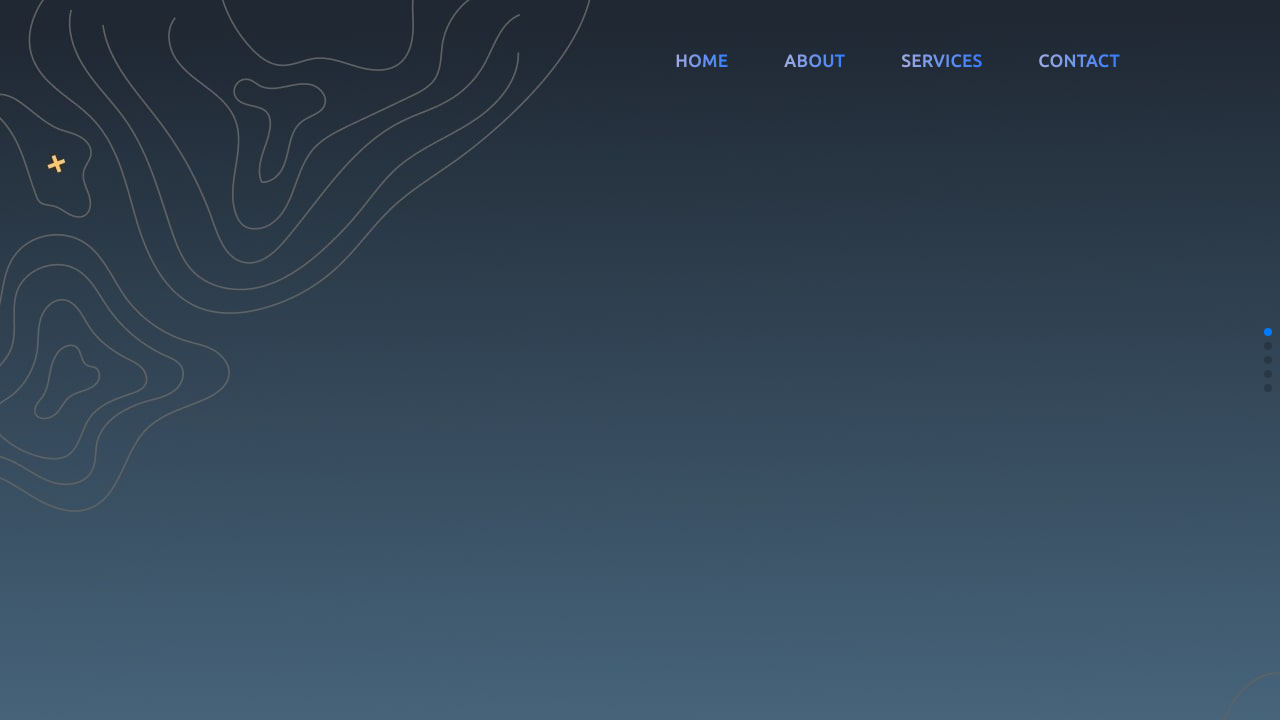
Repository: jiahow99/Add-Commerce
Page: index.html
An editor plug-in stored every save of this project. The page is shown before and after the next save, followed by the edit.
The browser window is 1280 px wide. The pictures show the whole page.
Some web libraries are served in a nearby version.

Above is the page before, as saved 2023-06-06 17:14:39.

After the next save:
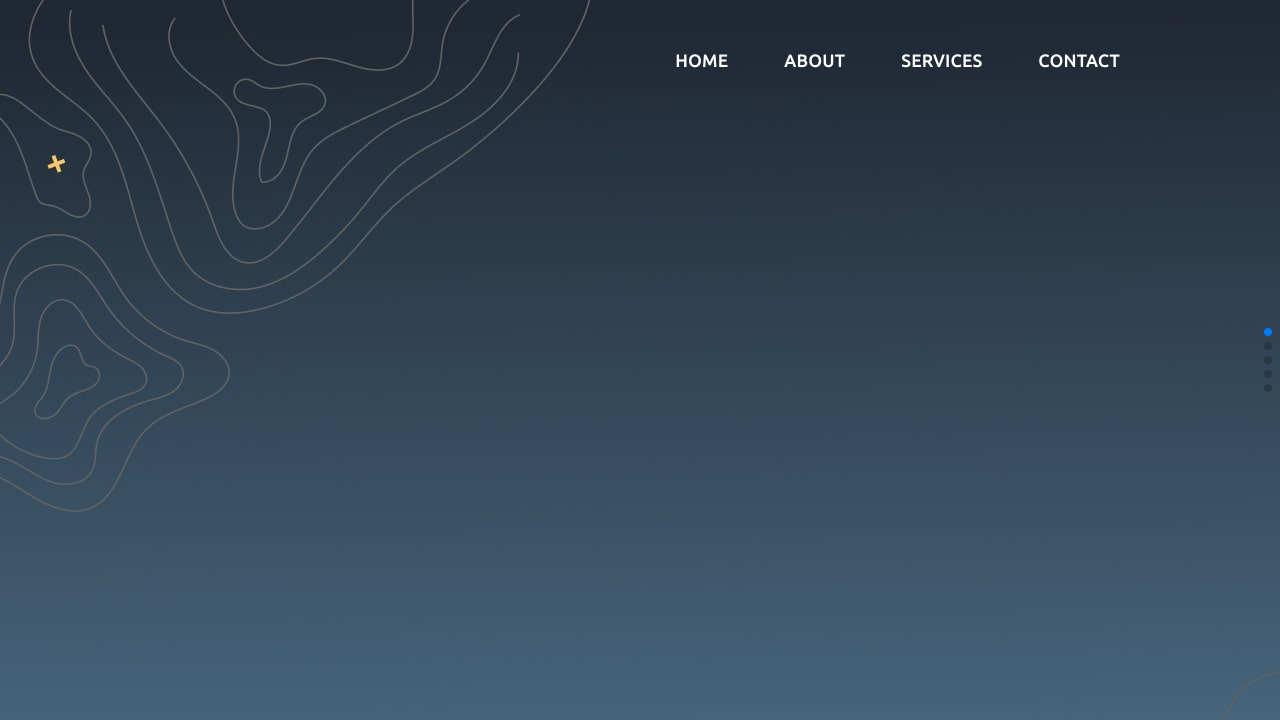
Saved 4 s later.
--- a/style.css
+++ b/style.css
@@ -29,7 +29,7 @@
 
 }
 
-nav li a{
+nav li:hover a{
   text-decoration: none;
   background: linear-gradient(90deg, #A1ABE0 0%, #89A0E7 22.71%, #367CFF 100%);
   -webkit-background-clip: text;
